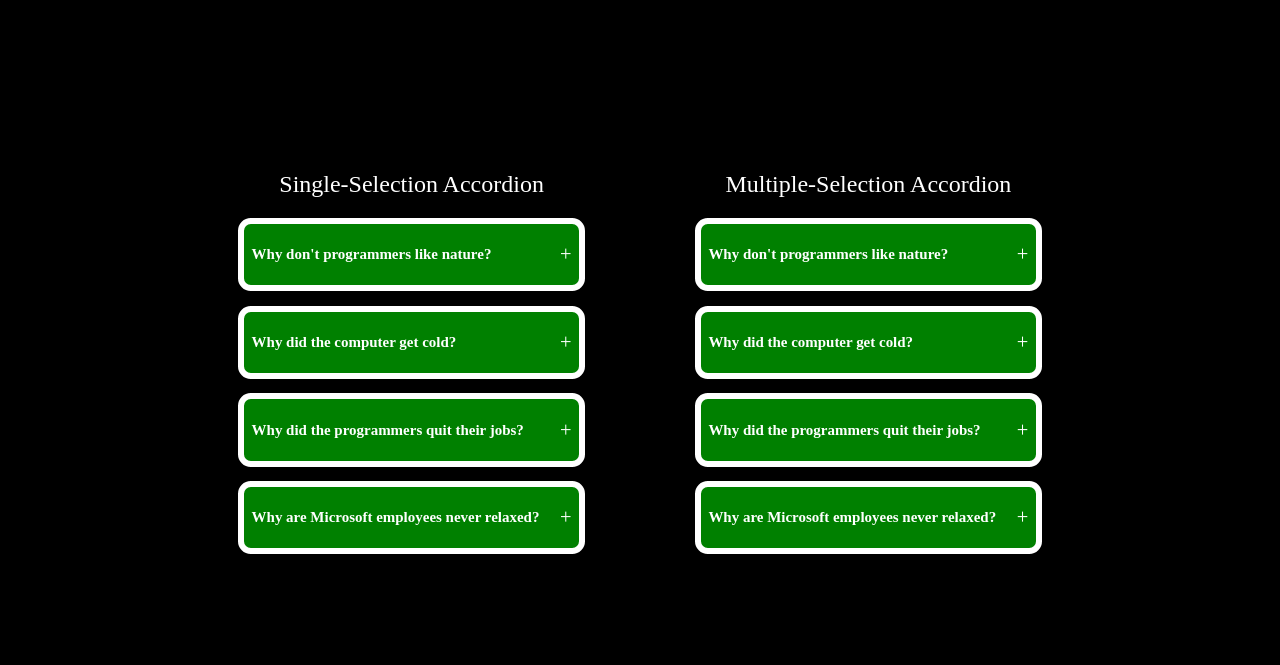
Repository: kosenijr/react-projects
Page: / (app in accordion/)
The author's editor kept a copy of each file at every save. The page is drawn from the files as they stood at one save, then again after the next save.
The browser window is 1280 px wide. The pictures show the whole page.
The project was rebuilt for these pictures with package versions that can differ from the ones it lists, and the page was loaded fresh each time.

Above is the page before, as saved 2024-03-03 15:05:25.

After the next save:
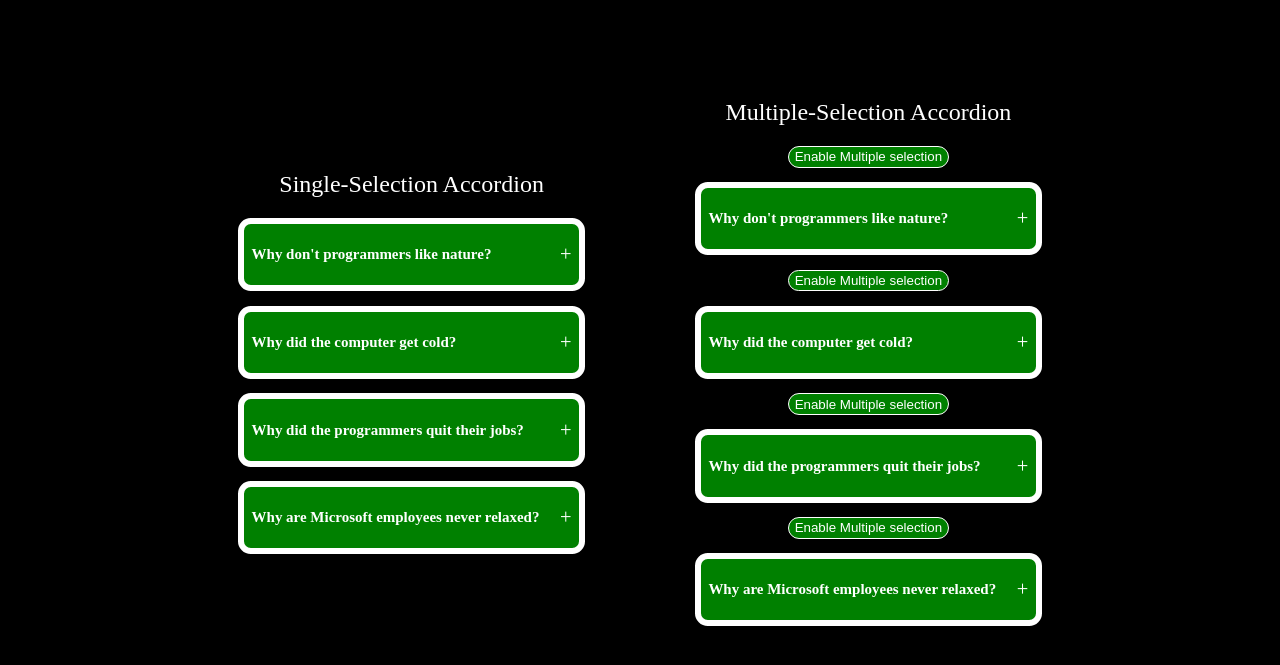
Saved 87 s later.
--- a/accordion/src/components/MultiSelection.js
+++ b/accordion/src/components/MultiSelection.js
@@ -26,23 +26,34 @@ function MultiSelection() {
         </h2>
         {data && data.length > 0 ? (
           data.map((dataItem) => (
-            <div
-              className="multi-selection-item"
-              key={dataItem.id}
-              onClick={() => handleSingleSelection(dataItem.id)}
-            >
-              {/* always remember to add key */}
-              <div className="multi-selection-title">
-                <h3>{dataItem.question}</h3>
-                <span className="multi-selection-span">
-                  {selected === dataItem.id ? "-" : "+"}
-                </span>
+            <div>
+              <div className="multi-buttons-div">
+                <button
+                  className="multi-enable-button"
+                  onClick={() => handleMultiSelection(dataItem.id)}
+                >
+                  Enable Multiple selection
+                </button>
               </div>
-              {selected === dataItem.id ? (
-                <div className="multi-selection-content ">
-                  {dataItem.answer}
+
+              <div
+                className="multi-selection-item"
+                key={dataItem.id}
+                onClick={() => handleSingleSelection(dataItem.id)}
+              >
+                {/* always remember to add key */}
+                <div className="multi-selection-title">
+                  <h3>{dataItem.question}</h3>
+                  <span className="multi-selection-span">
+                    {selected === dataItem.id ? "-" : "+"}
+                  </span>
                 </div>
-              ) : null}
+                {selected === dataItem.id ? (
+                  <div className="multi-selection-content ">
+                    {dataItem.answer}
+                  </div>
+                ) : null}
+              </div>
             </div>
           ))
         ) : (

After the 2 saves that followed:
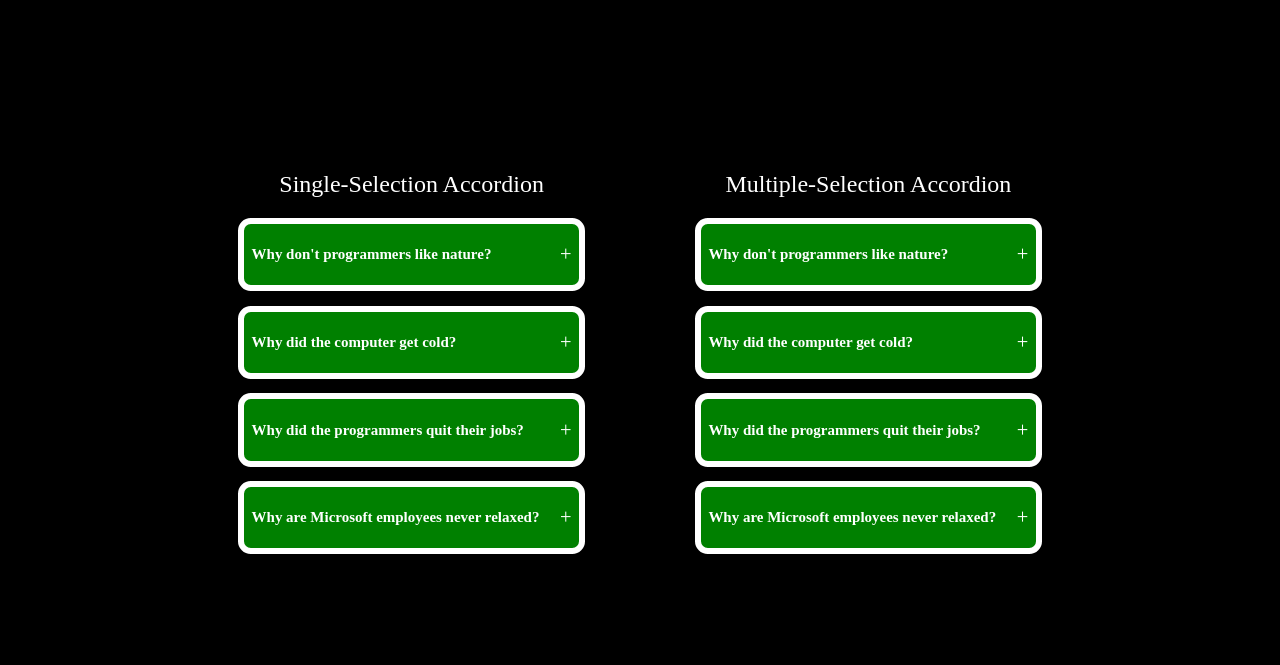
The 2 saves are shown as one change because 1 did not build or start.
The last was saved 2 min 3 s later.
--- a/accordion/src/components/MultiSelection.js
+++ b/accordion/src/components/MultiSelection.js
@@ -26,34 +26,23 @@ function MultiSelection() {
         </h2>
         {data && data.length > 0 ? (
           data.map((dataItem) => (
-            <div>
-              <div className="multi-buttons-div">
-                <button
-                  className="multi-enable-button"
-                  onClick={() => handleMultiSelection(dataItem.id)}
-                >
-                  Enable Multiple selection
-                </button>
+            <div
+              className="multi-selection-item"
+              key={dataItem.id}
+              onClick={() => handleSingleSelection(dataItem.id)}
+            >
+              {/* always remember to add key */}
+              <div className="multi-selection-title">
+                <h3>{dataItem.question}</h3>
+                <span className="multi-selection-span">
+                  {selected === dataItem.id ? "-" : "+"}
+                </span>
               </div>
-
-              <div
-                className="multi-selection-item"
-                key={dataItem.id}
-                onClick={() => handleSingleSelection(dataItem.id)}
-              >
-                {/* always remember to add key */}
-                <div className="multi-selection-title">
-                  <h3>{dataItem.question}</h3>
-                  <span className="multi-selection-span">
-                    {selected === dataItem.id ? "-" : "+"}
-                  </span>
+              {selected === dataItem.id ? (
+                <div className="multi-selection-content ">
+                  {dataItem.answer}
                 </div>
-                {selected === dataItem.id ? (
-                  <div className="multi-selection-content ">
-                    {dataItem.answer}
-                  </div>
-                ) : null}
-              </div>
+              ) : null}
             </div>
           ))
         ) : (
